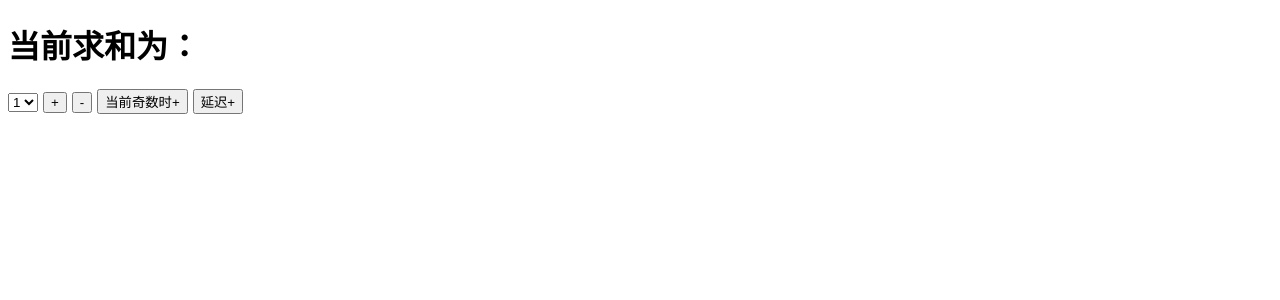
Repository: WAY-C/JSCodes
Page: / (app in Vue/24求和案例_vuex/count/)
An editor plug-in stored every save of this project. The page is shown before and after the next save, followed by the edit.
The browser window is 1280 px wide. The pictures show the whole page.
The project was rebuilt for these pictures with package versions that can differ from the ones it lists, and the page was loaded fresh each time.

Above is the page before, as saved 2021-09-20 14:56:53.

After the next save:
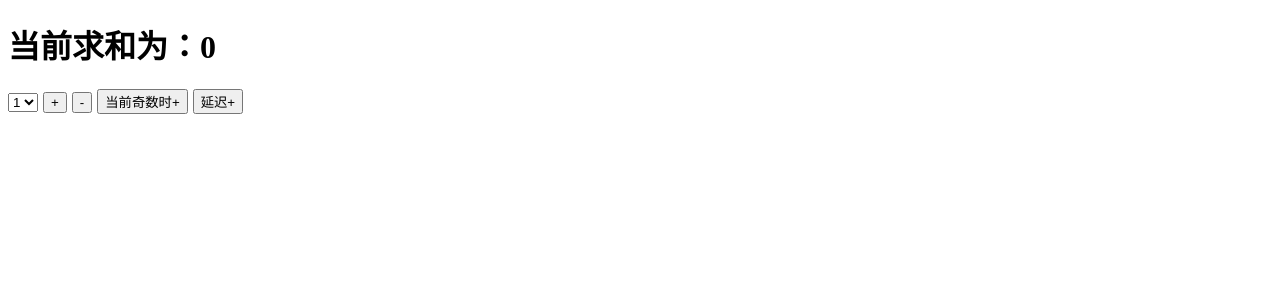
Saved 94 s later.
--- a/Vue/24求和案例_vuex/count/src/components/Count.vue
+++ b/Vue/24求和案例_vuex/count/src/components/Count.vue
@@ -1,7 +1,7 @@
 <template>
   <div>
-    <h1>当前求和为：</h1>
-    <select v-model="n">
+    <h1>当前求和为：{{ sum }}</h1>
+    <select v-model.number="n">
       <option value="1">1</option>
       <option value="2">2</option>
       <option value="3">3</option>
